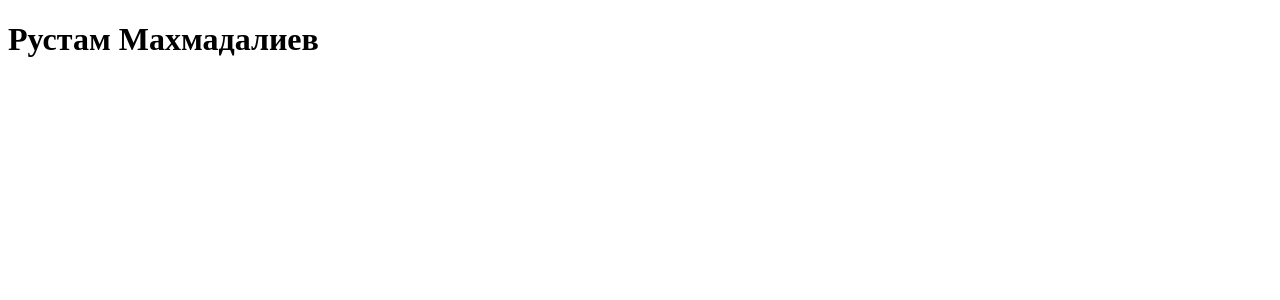
Repository: RustamMakh/html
Page: index.html
An editor plug-in stored every save of this project. The page is shown before and after the next save, followed by the edit.
The browser window is 1280 px wide. The pictures show the whole page.

Above is the page before, as saved 2022-06-07 19:33:31.

After the next save:
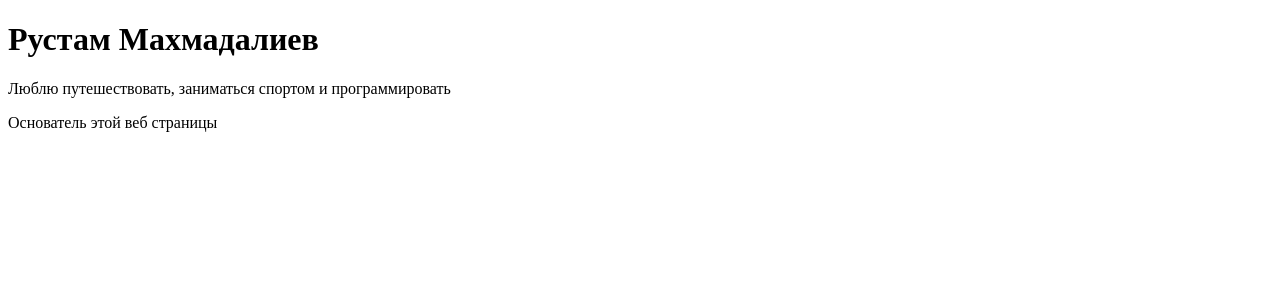
Saved 2 min 7 s later.
--- a/index.html
+++ b/index.html
@@ -8,5 +8,7 @@
 </head>
 <body>
   <h1>Рустам Махмадалиев</h1>
+  <p>Люблю путешествовать, заниматься спортом и программировать</p>
+  <p>Основатель этой веб страницы</p>
 </body>
 </html>
